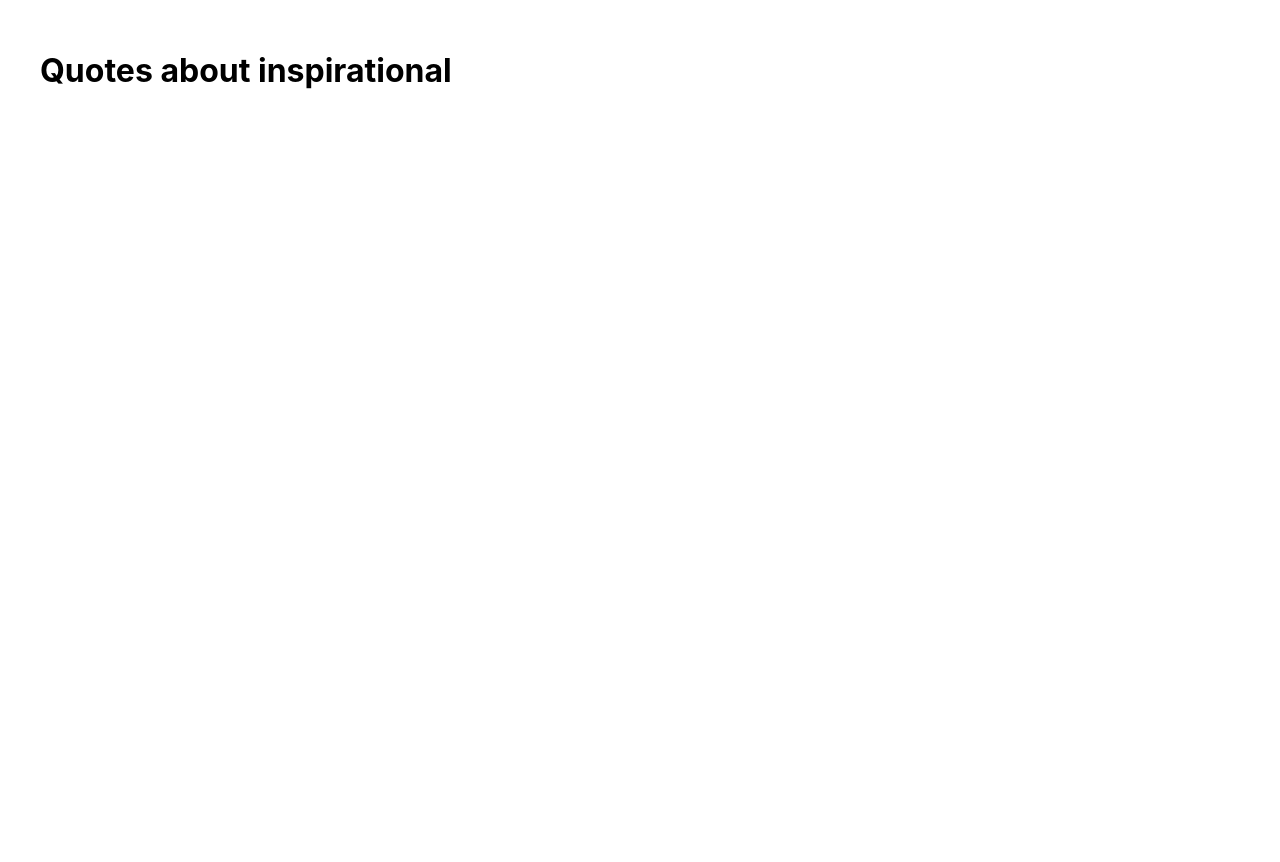
Repository: Bhavik-Sanghar/Quote-app
Page: /
The author's editor kept a copy of each file at every save. The page is drawn from the files as they stood at one save, then again after the next save.
The browser window is 1280 px wide. The pictures show the whole page.
The page's requests for data from a server got no answer. The project was rebuilt for these pictures with package versions that can differ from the ones it lists, and the page was loaded fresh each time. No one was signed in, and anything a server would have sent is missing. Also part of the build but not shown: src/styles.css. Imported but missing from the stored project, and not drawn on this page: src/components/QuoteDisplay.

Above is the page before, as saved 2023-08-18 14:28:57.

### src/App.js
import React from 'react';
import './styles.css';
import QuoteDisplay from './components/QuoteDisplay';
import QuoteComponent from './components/NewQuote'

function App() {
  return (
    <div className="App">
      {/* <h1>Beautiful Quotes</h1>
      <QuoteDisplay /> */}
      <QuoteComponent/>


    </div>
  );
}

export default App;

### src/components/NewQuote.js
import React, { useEffect, useState } from "react";
import axios from "axios";
import './New.css'

const QuoteComponent = () => {
  const [quotes, setQuotes] = useState([]);
  const category = "inspirational";
  const apiKey = "EgtS4gqLsbjvHM2bBjKwBA==PYmsGLFQFXQzq0Na";

  useEffect(() => {
    fetchQuotes();
  }, []);

  const fetchQuotes = async () => {
    try {
      const response = await axios.get(
        `https://api.api-ninjas.com/v1/quotes?category=${category}&limit=`, // Fetching 5 quotes
        {
          headers: { "X-Api-Key": apiKey },
        }
      );
      console.log(response)
      setQuotes(response.data);
    } catch (error) {
      console.error("Error: ", error);
    }
  };

  return (
    <div className="quote-container">
      <h1>Quotes about {category}</h1>
      <div className="card-container">
        {quotes.map((quote, index) => (
          <div key={index} className="card">
            <p className="quote-text">{quote.quote}</p>
            <p className="author">- {quote.author}</p>
          </div>
        ))}
      </div>
    </div>
  );
};

export default QuoteComponent;

### src/components/New.css
.card-container {
  display: flex; /* Use flexbox */
  justify-content: center; /* Center horizontally */
  align-items: center; /* Center vertically */
  min-height: 100vh; /* Ensure container takes at least full viewport height */
}

  .card {
    margin: 10px;
    padding: 20px;
    padding-left: 30px;
    border: 1px solid #ccc;
    background-color: #f9f9f9;
  }

  .quote-container{
     margin: 10px;
    padding: 20px;
    padding-left: 30px;
  }

Loaded but not shown: public/index.html (common file); src/index.js (common file); src/index.css (common file); src/reportWebVitals.js (common file)

After the next save:
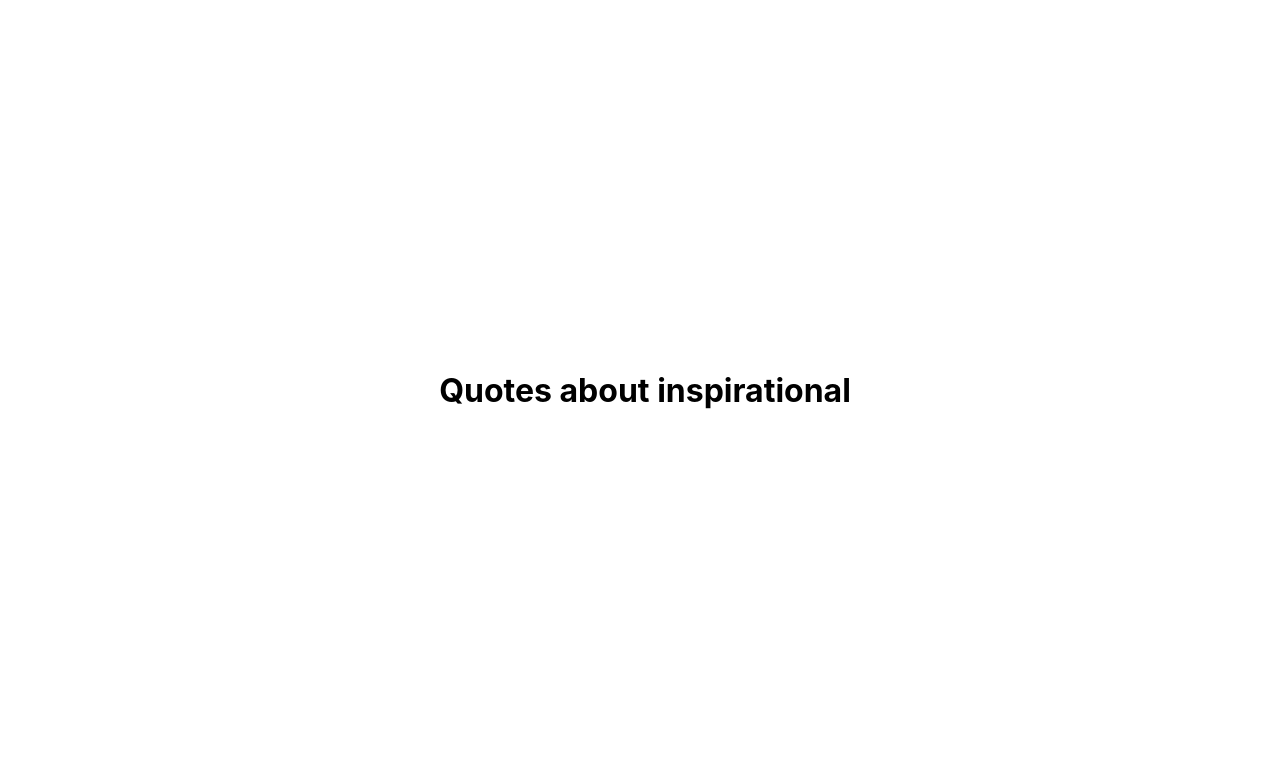
Saved 9 s later.
--- a/src/components/NewQuote.js
+++ b/src/components/NewQuote.js
@@ -28,8 +28,8 @@ const QuoteComponent = () => {
 
   return (
     <div className="quote-container">
+      <div className="card-container">
       <h1>Quotes about {category}</h1>
-      <div className="card-container">
         {quotes.map((quote, index) => (
           <div key={index} className="card">
             <p className="quote-text">{quote.quote}</p>
